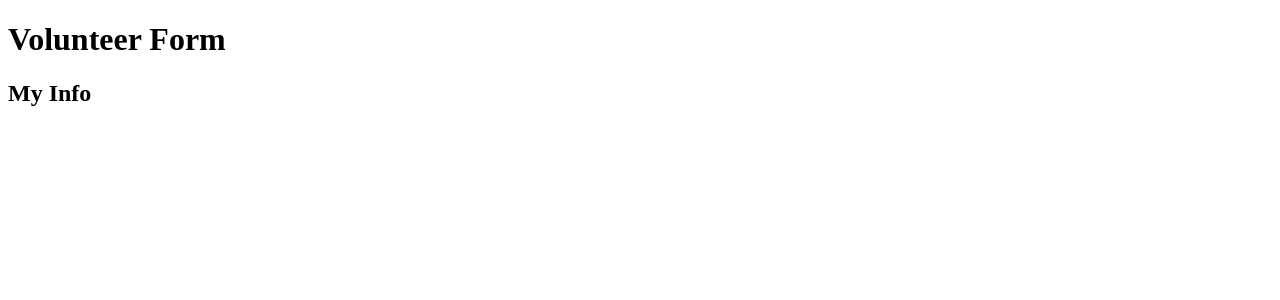
Repository: rishondass/ITMD361-Lab4
Page: index.html
These files come from the project's save history. The page is drawn as it stood at one moment and after a run of saves; the edit follows.
The browser window is 1280 px wide. The pictures show the whole page.

Above is the page before, as saved 2023-01-13 14:47:41.

### index.html
<!DOCTYPE html>
<html lang="en">
<head>
    <meta charset="UTF-8">
    <meta http-equiv="X-UA-Compatible" content="IE=edge">
    <meta name="viewport" content="width=device-width, initial-scale=1.0">
    <title>Lab 4</title>
</head>
<body>
    <h1>
        Volunteer Form
    </h1>
    <h2>
        My Info
    </h2>

    <form action="POST">
        <label for=""></label>
    </form>
</body>
</html>

After the next 3 saves:
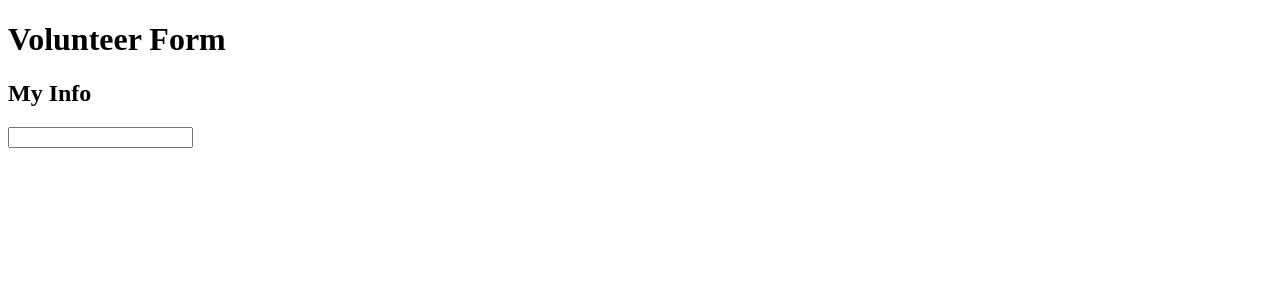
The 3 saves are shown as one change because they came seconds apart.
The last was saved 12 s later.
--- a/index.html
+++ b/index.html
@@ -15,7 +15,8 @@
     </h2>
 
     <form action="POST">
-        <label for=""></label>
+        <label for="first_name_field"></label>
+        <input type="text">
     </form>
 </body>
 </html>
